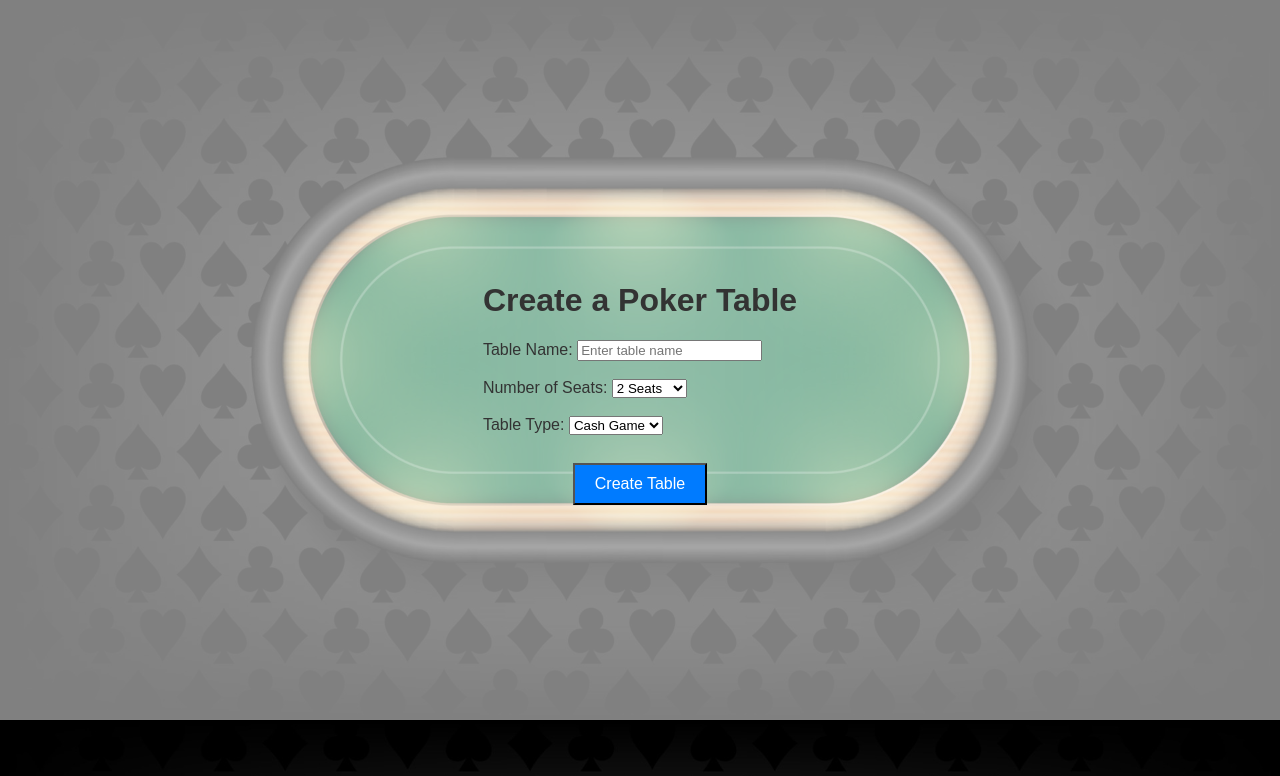
Repository: KidBillionaire/newapp
Page: public/create-table.html
An editor plug-in stored every save of this project. The page is shown before and after the next save, followed by the edit.
The browser window is 1280 px wide. The pictures show the whole page.
Backgrounds fixed to the window are drawn as part of the page.

Above is the page before, as saved 2024-10-10 16:25:10.

After the next save:
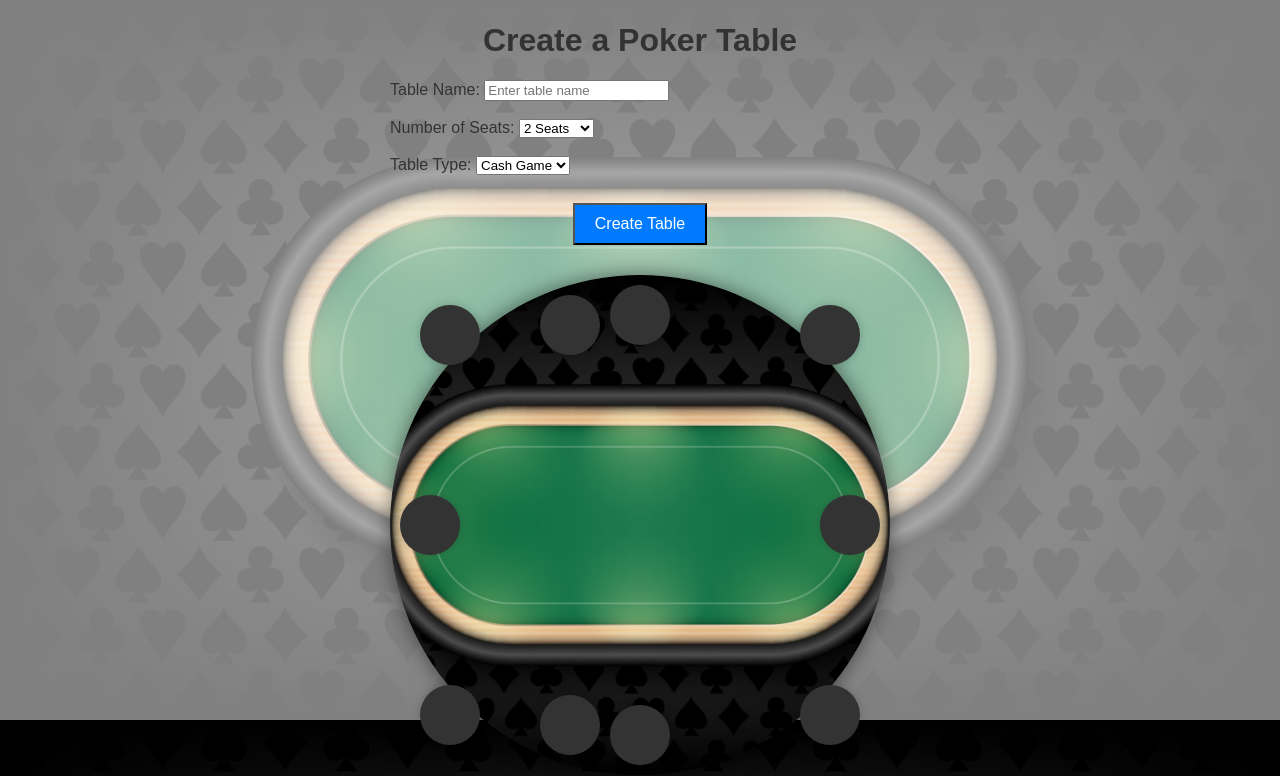
Saved 14 s later.
--- a/public/styles.css
+++ b/public/styles.css
@@ -134,3 +134,49 @@ button {
     background: rgba(255, 255, 255, 0.5); /* Dark overlay */
     z-index: -1; /* Ensure it stays behind other elements */
   }
+  /* Container for the poker table */
+#pokerTableContainer {
+    display: flex;
+    justify-content: center;
+    align-items: center;
+    margin-top: 30px;
+  }
+
+  /* Style the poker table */
+  #pokerTable {
+    position: relative;
+    width: 500px;
+    height: 500px;
+    border-radius: 50%; /* Make the table circular */
+    background: url('images/vecteezy_poker-table-green-cloth-on-dark-background-vector-illustration_6325236.jpg') center/cover; /* Set background image */
+    box-shadow: 0 0 20px rgba(0, 0, 0, 0.5);
+  }
+
+  /* Generic seat style */
+  .seat {
+    position: absolute;
+    width: 60px;
+    height: 60px;
+    border-radius: 50%;
+    background-color: #333;
+    color: white;
+    display: flex;
+    justify-content: center;
+    align-items: center;
+    font-size: 14px;
+    box-shadow: 0 0 10px rgba(0, 0, 0, 0.2);
+  }
+
+  /* Seat positions */
+  .seat-top { top: 10px; left: 50%; transform: translateX(-50%); }
+  .seat-right { top: 50%; right: 10px; transform: translateY(-50%); }
+  .seat-bottom { bottom: 10px; left: 50%; transform: translateX(-50%); }
+  .seat-left { top: 50%; left: 10px; transform: translateY(-50%); }
+
+  .seat-top-right { top: 30px; right: 30px; }
+  .seat-bottom-right { bottom: 30px; right: 30px; }
+  .seat-bottom-left { bottom: 30px; left: 30px; }
+  .seat-top-left { top: 30px; left: 30px; }
+
+  .seat-top-center { top: 20px; left: 30%; }
+  .seat-bottom-center { bottom: 20px; left: 30%; }
